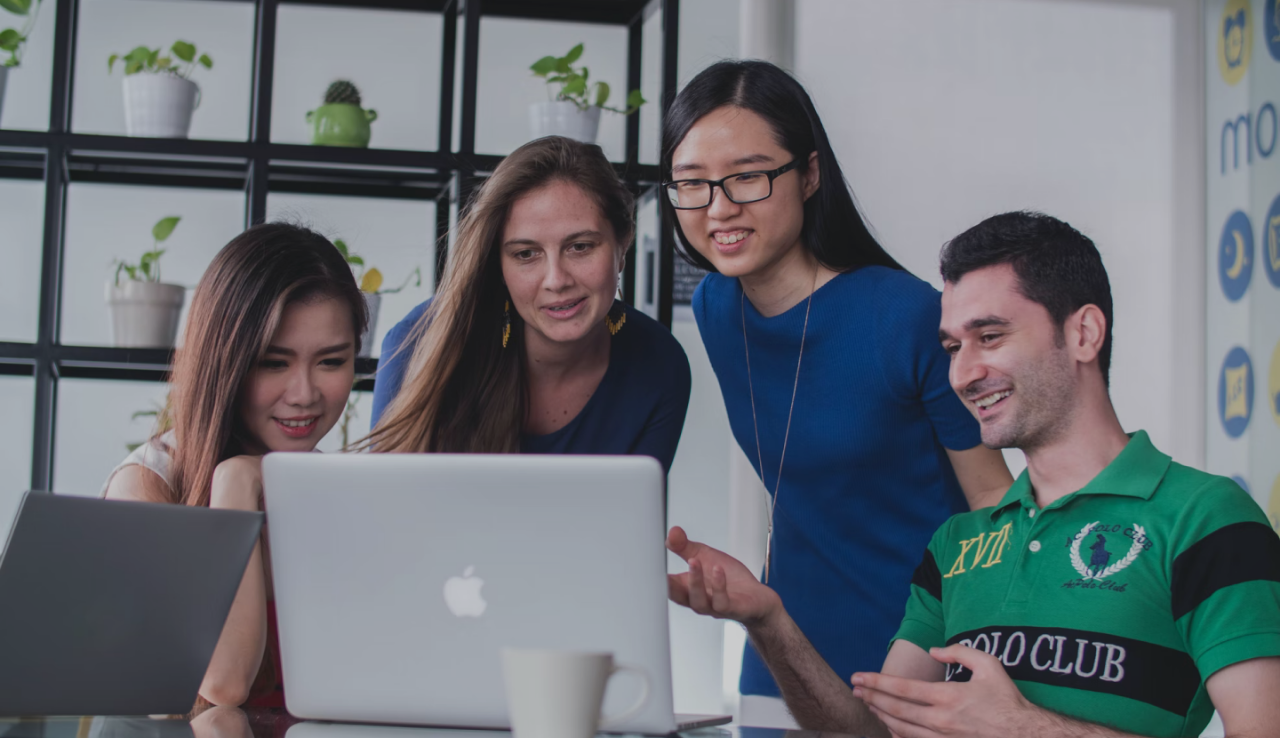
Repository: vandangnhathung/educationplatform
Page: /
An editor plug-in stored every save of this project. The page is shown before and after the next save, followed by the edit.
The browser window is 1280 px wide. The pictures show the whole page.
The project was rebuilt for these pictures with package versions that can differ from the ones it lists, and the page was loaded fresh each time.

Above is the page before, as saved 2022-06-20 14:11:03.

After the next save:
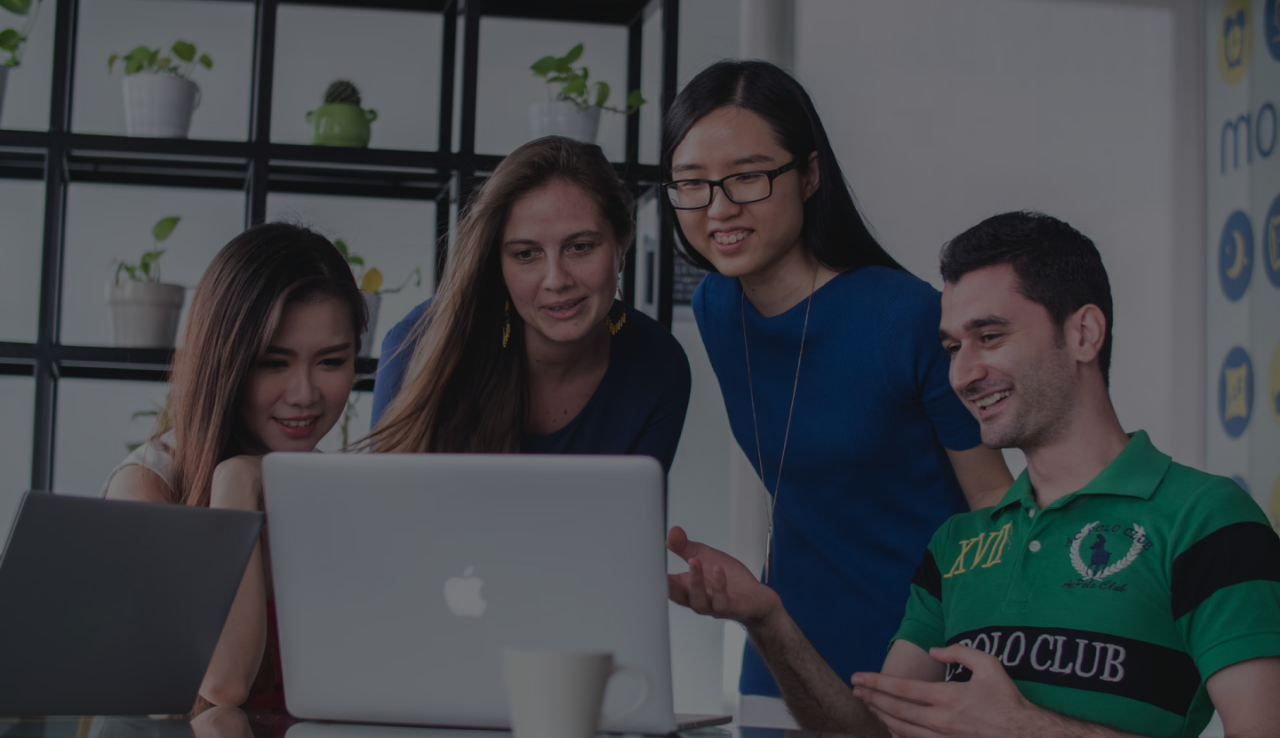
Saved 10 min 23 s later.
--- a/src/components/Header.js
+++ b/src/components/Header.js
@@ -6,7 +6,7 @@ const Header = () => {
       <div className="container"></div>
       <div className="relative">
         <img src={headerImg} alt="header_img" className="w-full" />
-        <div className="absolute inset-0 bg-black opacity-20"></div>
+        <div className="absolute inset-0 bg-black opacity-50"></div>
       </div>
     </header>
   );
